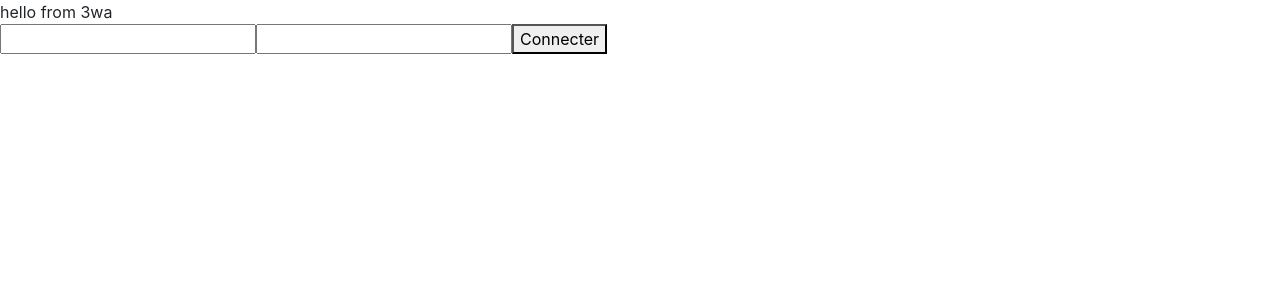
Repository: FS-23/react-task-manager
Page: /login
The author's editor kept a copy of each file at every save. The page is drawn from the files as they stood at one save, then again after the next save.
The browser window is 1280 px wide. The pictures show the whole page.
The project was rebuilt for these pictures with package versions that can differ from the ones it lists, and the page was loaded fresh each time.

Above is the page before, as saved 2022-04-28 12:52:44.

After the next save:
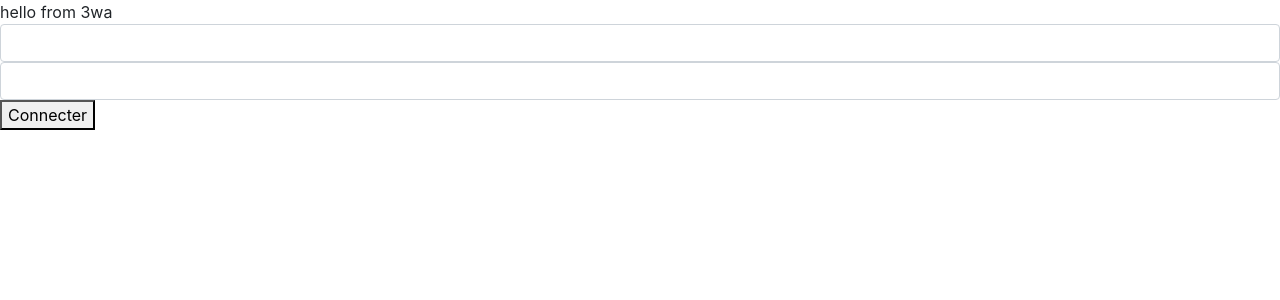
Saved 40 s later.
--- a/src/components/Login.js
+++ b/src/components/Login.js
@@ -3,8 +3,8 @@
          <>
              <div>
                  <form>
-                     <input />
-                     <input />
+                     <input className="form-control"/>
+                     <input className="form-control"/>
                      <button>Connecter</button>
                  </form>
              </div>
